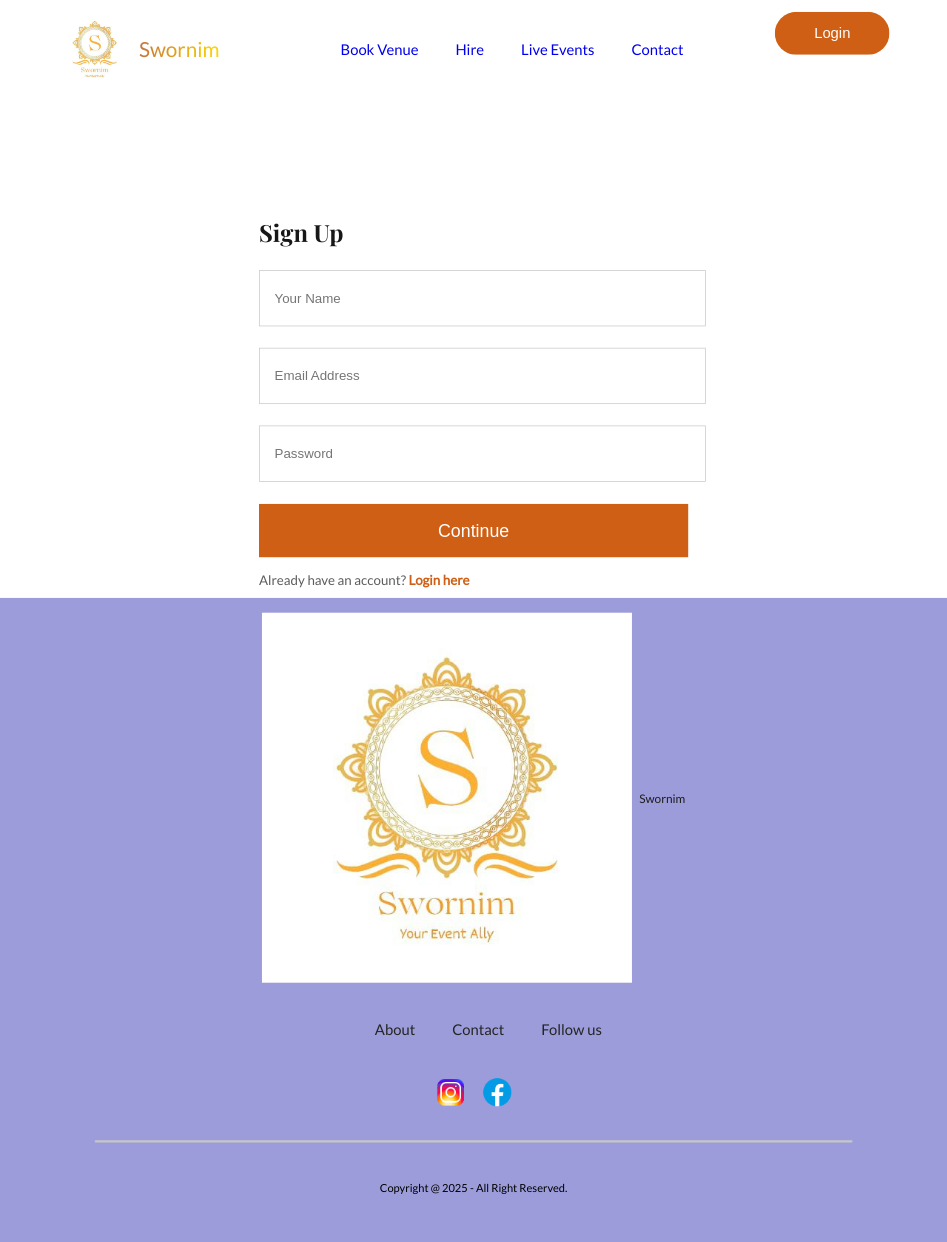
Repository: leonischu/Swornim
Page: /login (app in frontend/)
The author's editor kept a copy of each file at every save. The page is drawn from the files as they stood at one save, then again after the next save.
The browser window is 1280 px wide. The pictures show the whole page, at 74% of full size.
The project was rebuilt for these pictures with package versions that can differ from the ones it lists, and the page was loaded fresh each time. Also part of the build but not shown: frontend/src/App.css, frontend/src/Pages/Book.jsx, frontend/src/Pages/Contact.jsx.

Above is the page before, as saved 2025-05-31 15:15:10.

After the next save:
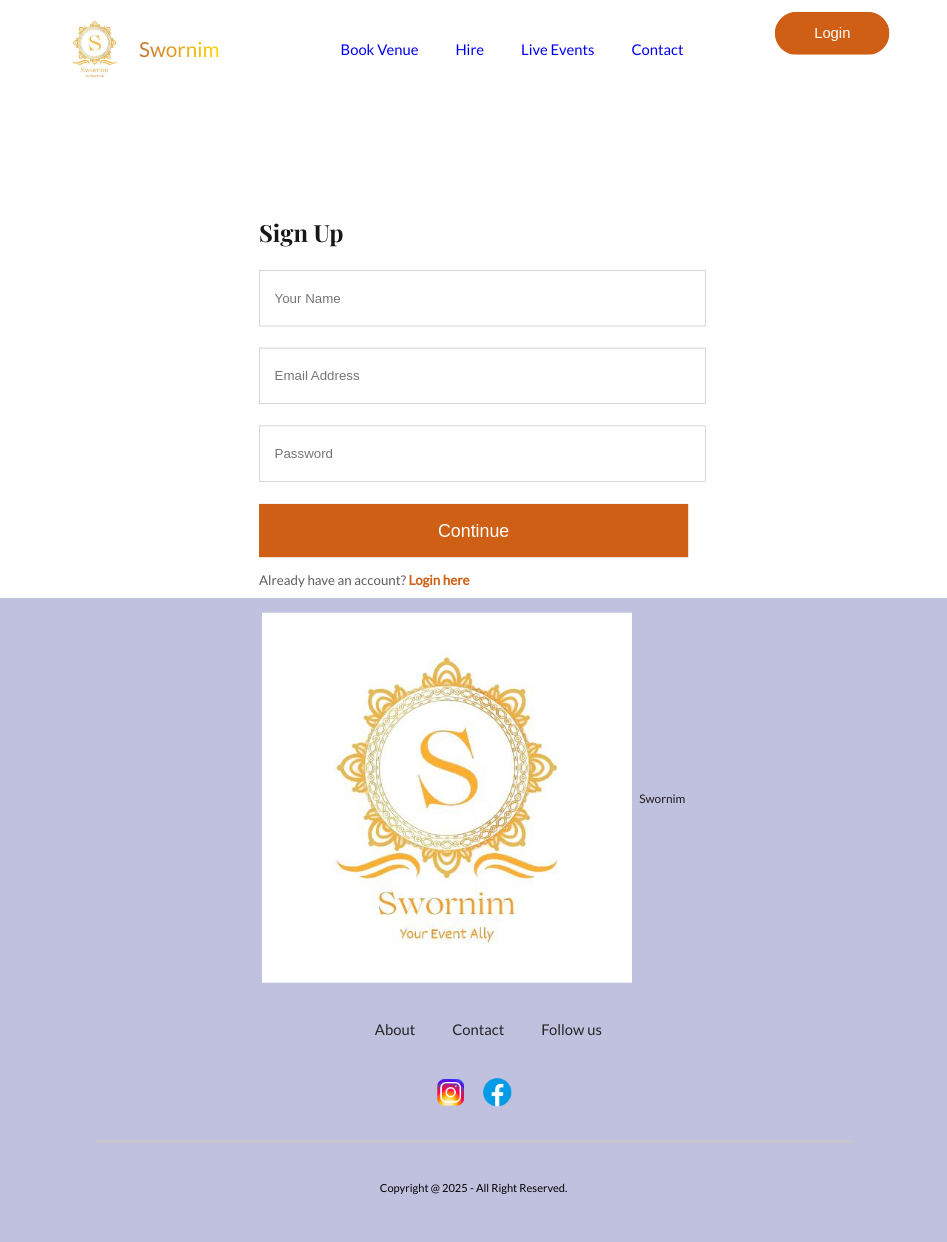
Saved 32 s later.
--- a/frontend/src/Components/Footer/Footer.css
+++ b/frontend/src/Components/Footer/Footer.css
@@ -5,7 +5,7 @@
     align-items: center;
     gap: 30px;
     padding: 20px 0;
-    background-color: rgb(156, 156, 218);
+    background-color: rgb(192, 192, 223);
 }
 .footer_logo{
     display: flex;
